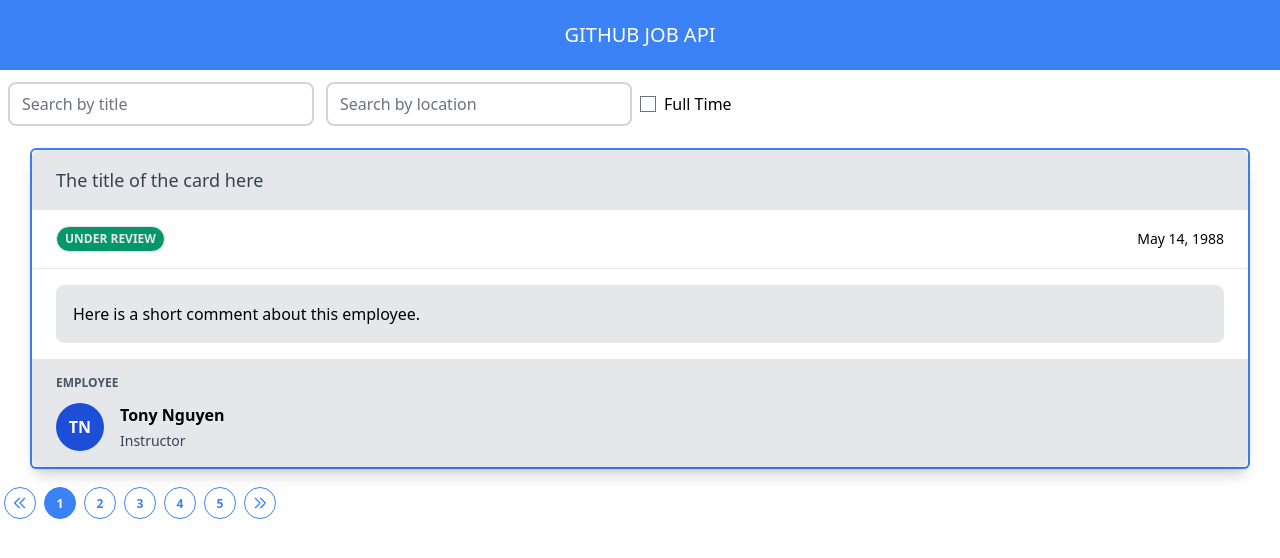
Repository: ShamroOoz/Github-job-api-React-Tailwind
Page: /
An editor plug-in stored every save of this project. The page is shown before and after the next save, followed by the edit.
The browser window is 1280 px wide. The pictures show the whole page.
The page's requests for data from a server got no answer. The project was rebuilt for these pictures with package versions that can differ from the ones it lists, and the page was loaded fresh each time. No one was signed in, and anything a server would have sent is missing. Also part of the build but not shown: craco.config.js.

Above is the page before, as saved 2021-03-21 17:26:20.

After the next save:
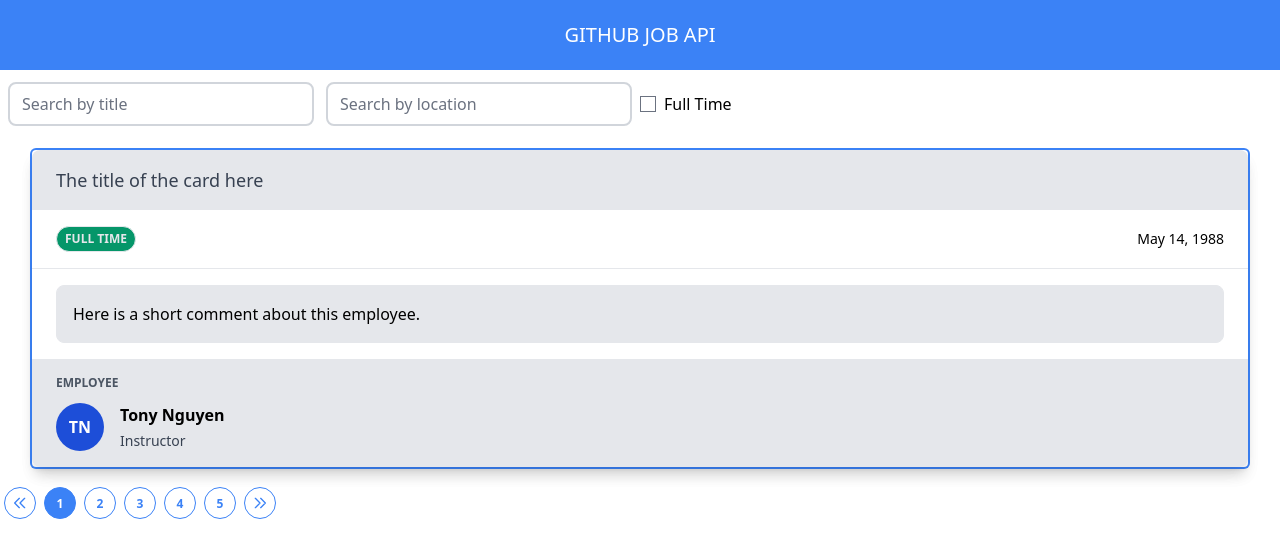
Saved 39 s later.
--- a/src/components/Reducer/Job.js
+++ b/src/components/Reducer/Job.js
@@ -10,7 +10,7 @@
 
         <div className="flex justify-between items-center px-6 py-4">
           <div className="bg-green-600 text-xs uppercase px-2 py-1 rounded-full border border-gray-200 text-gray-200 font-bold">
-            Under Review
+            Full Time
           </div>
           <div className="text-sm">May 14, 1988</div>
         </div>
